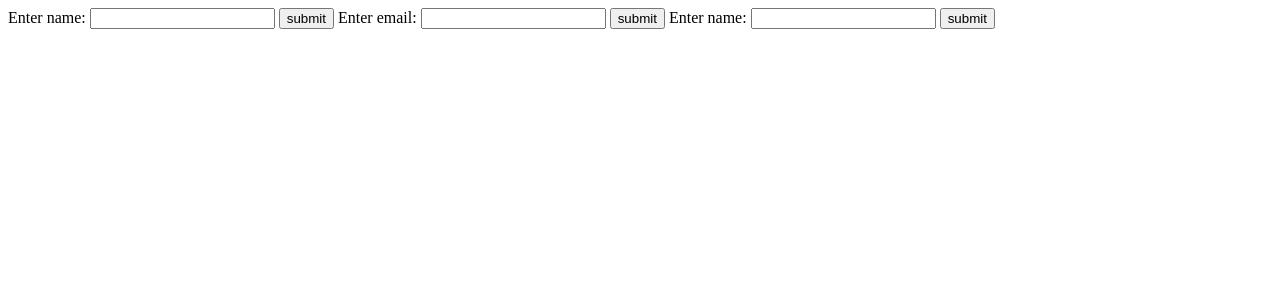
Repository: SanketSShedge/weje2
Page: servlet/src/main/webapp/studentreg.html
These files come from the project's save history. The page is drawn as it stood at one moment and after the next save; the edit follows.
The browser window is 1280 px wide. The pictures show the whole page.

Above is the page before, as saved 2022-12-11 07:21:31.

### servlet/src/main/webapp/studentreg.html
<!DOCTYPE html>
<html>
<head>
<meta charset="UTF-8">
<title>Insert title here</title>
</head>
<body>
<form action="./student" method="get">
	<label>Enter name:</label>
	<input type="text" name="name">
	<input type="submit" value="submit">

	<label>Enter email:</label>
	<input type="email" email="email">
	<input type="Submit" value="submit">

	<label>Enter name:</label>
	<input type="text" name="name">
	<input type="submit" value="submit">
</form>
</body>
</html>

After the next save:
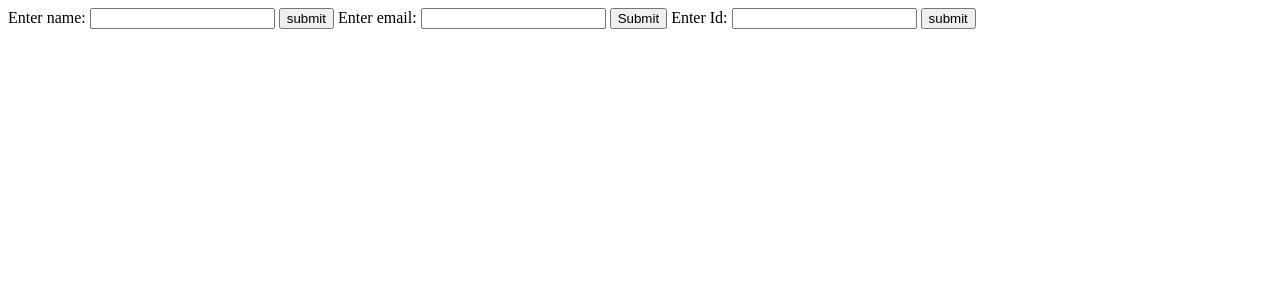
Saved 14 s later.
--- a/servlet/src/main/webapp/studentreg.html
+++ b/servlet/src/main/webapp/studentreg.html
@@ -12,10 +12,10 @@
 
 	<label>Enter email:</label>
 	<input type="email" email="email">
-	<input type="Submit" value="submit">
+	<input type="Submit" value="Submit">
 
-	<label>Enter name:</label>
-	<input type="text" name="name">
+	<label>Enter Id:</label>
+	<input type="" name="name">
 	<input type="submit" value="submit">
 </form>
 </body>
